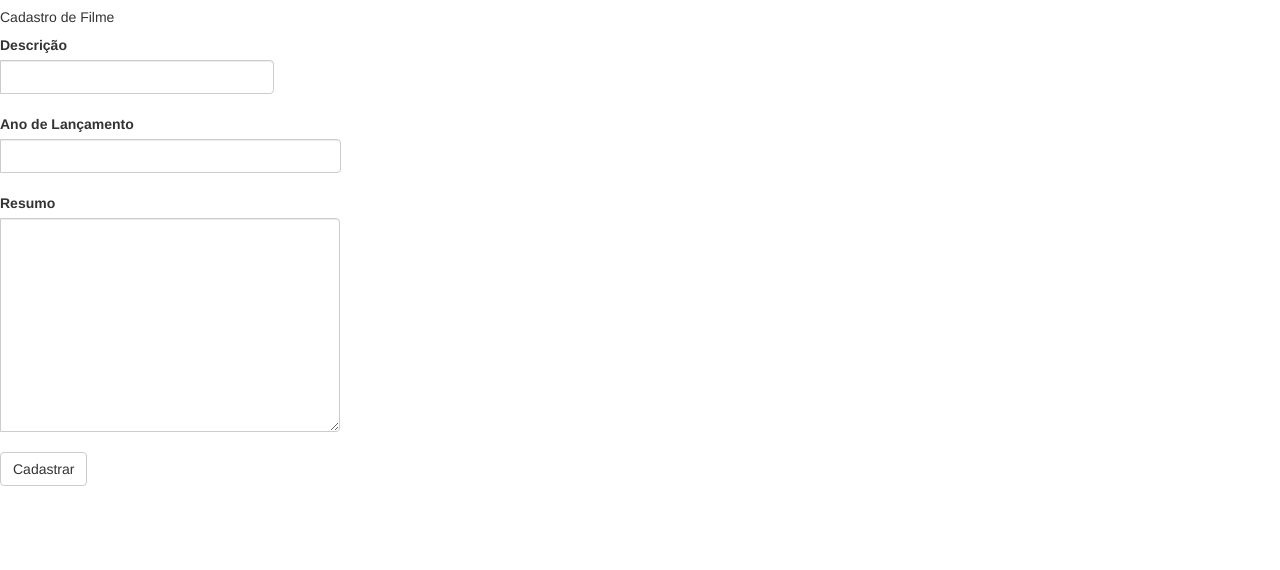
Repository: cadupedrassani/CursoDeJava
Page: Avaliação/BaseAPI/WebApp/src/main/webapp/filme/cadastro.html
An editor plug-in stored every save of this project. The page is shown before and after the next save, followed by the edit.
The browser window is 1280 px wide. The pictures show the whole page.

Above is the page before, as saved 2016-12-06 16:00:54.

### Avaliação/BaseAPI/WebApp/src/main/webapp/filme/cadastro.html
<!DOCTYPE html>
<html>
<head>
<meta charset="ISO-8859-1">
<title>Insert title here</title>
<link rel="stylesheet" href="/WebApp/resources/css/bootstrap.min.css">
</head>
<body>
<div>
	<h5>Cadastro de Filme</h5>
</div>
<div class="input-group">
	<label>Descrição</label>
	<input id="descricao-filme"
	       type="text"
	       class="form-control"></input>
</div>
</br>

<div class="input-group">
	<label>Ano de Lançamento</label>
	<input id="ano-filme"
	       type="text"
	       class="form-control"></input>
</div>
</br>

<div class="input-group">
	<label>Resumo</label>
	<textarea rows="10"
			  cols="30"
			  id="resumo-filme"
	       	  class="form-control"></textarea>
</div>
</br>

<div class="input-group">
	<button id="cadastrar"
	        type="button"
	        class="btn btn-default gold"
	        onclick="cadastrarEndereco();">Cadastrar</button>
</div>

<div id="modal-mensagens" class="modal fade" tabindex="-1" role="dialog">
	<div class="modal-dialog" role="document">
		<div class="modal-content">
			<div class="modal-header">
				<h5 id="modal-title" class="modal-title"></h5>
			</div>
			<div class="modal-body">
				<label id="modal-mensagem"></label>
			</div>
			<div class="modal-footer">
				<button type="button"
						class="btn btn-default gold"
						data-dismiss="modal">OK</button>
			</div>
		</div>
	</div>
</div>

<script src="/WebApp/resources/js/jquery.min.js"></script>
<script src="/WebApp/resources/js/bootstrap.min.js"></script>
<script src="/WebApp/resources/js/default.js"></script>
<script src="/WebApp/resources/js/filme.js"></script>

</body>
</html>

### Avaliação/BaseAPI/WebApp/src/main/webapp/resources/js/default.js

function abrirTelaCadastroCategoria(){
	var url = "/WebApp/categoria/cadastro.html";
	$.get(url, '', function(data){
		$('#conteudo-principal').html(data);
	})
}

function abrirTelaPesquisaCategoria(){
	var url = "/WebApp/categoria/pesquisa.html";
	$.get(url, '', function(data){
		$('#conteudo-principal').html(data)
	})
}


function abrirTelaCadastroEndereco(){
	var url = "/WebApp/endereco/cadastro.html";
	$.get(url, '', function(data){
		$('#conteudo-principal').html(data);
	})
}

function abrirTelaCadastroFilme(){
	var url = "/WebApp/filme/cadastro.html";
	$.get(url, '', function(data){
		$('#conteudo-principal').html(data);
	})
}

### Avaliação/BaseAPI/WebApp/src/main/webapp/resources/js/filme.js
function cadastrarFilme(){

	var ano = $("#ano-filme").val();
	var classificacao = $("#classificacao-filme").val();
	var descricao = $("#descricao-filme").val();
	var duracao = $("#duracao-filme").val;
	var resumo = $("#resumo-filme").val();

	var filmeDTO = new Object();
	var operacao = "/ControleAPI/endereco/cadastrarFilme"

	filmeDTO.ano = ano;
	filmeDTO.classificacao = classificacao;
	filmeDTO.descricao = descricao;
	filmeDTO.duracao = duracao;
	filmeDTO.resumo = resumo;

	$.ajax({
		method: "POST",
		url: operacao,
		data: JSON.stringify(filmeDTO),
		contentType: "application/json"
	}).done(function (data){
		var mensagem = "";
		var titulo = "";
		if(data.mensagem != undefined && data.mensagem != null && data.mensagem != ''){
			titulo = "Atenção";
			mensagem = data.mensagem;
		}else{
			titulo = 'Sucesso';
			mensagem = "Filme cadastrado com sucesso.";
		}
		mostrarModal(titulo, mensagem)
	});
}

Loaded but not shown: Avaliação/BaseAPI/WebApp/src/main/webapp/resources/css/bootstrap.min.css (library); Avaliação/BaseAPI/WebApp/src/main/webapp/resources/js/jquery.min.js (library); Avaliação/BaseAPI/WebApp/src/main/webapp/resources/js/bootstrap.min.js (library)

After the next save:
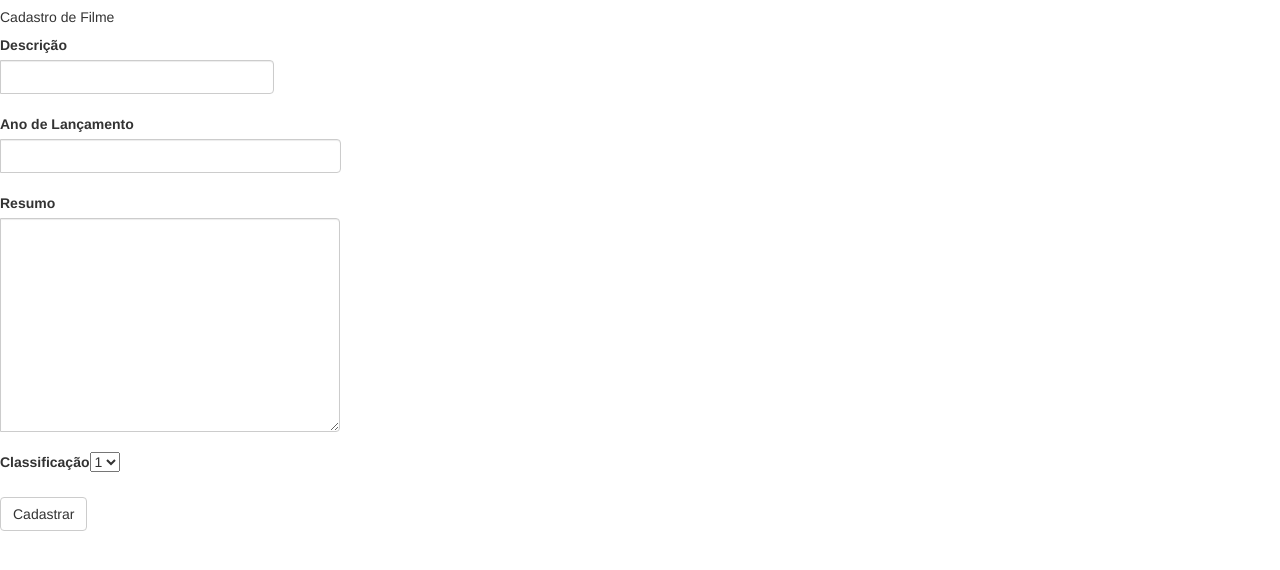
Saved 8 min 19 s later.
--- a/Avaliação/BaseAPI/WebApp/src/main/webapp/filme/cadastro.html
+++ b/Avaliação/BaseAPI/WebApp/src/main/webapp/filme/cadastro.html
@@ -35,6 +35,18 @@
 </br>
 
 <div class="input-group">
+	<label>Classificação</label>
+	 <select id="classificao-filme">
+ 		<option value="1">1</option>
+  		<option value="2">2</option>
+ 		<option value="3">3</option>
+  		<option value="4">4</option>
+  		<option value="5">5</option>
+</select>
+</div>
+</br>
+
+<div class="input-group">
 	<button id="cadastrar"
 	        type="button"
 	        class="btn btn-default gold"
